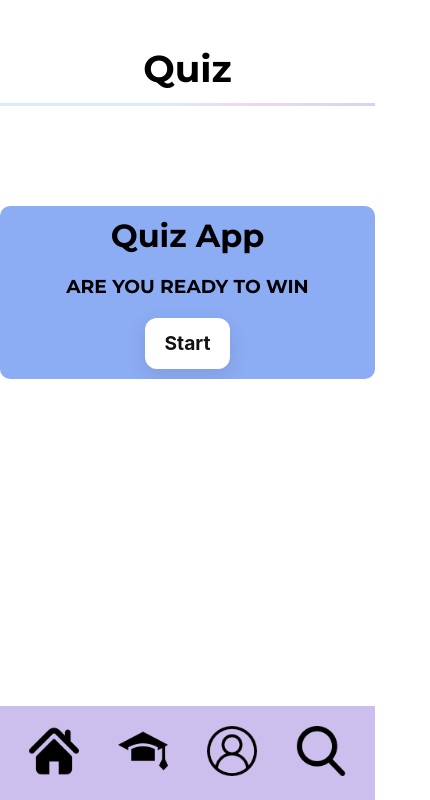
Repository: 1medi/pocketprof
Page: /QuizPage
The author's editor kept a copy of each file at every save. The page is drawn from the files as they stood at one save, then again after the next save.
The browser window is 375 px wide. The page is 375 px wide, then 430 px, so the pictures cover 430 px, including what lies to the right of the window. The pictures show the whole page.
The project was rebuilt for these pictures with package versions that can differ from the ones it lists, and the page was loaded fresh each time. The framework's server and built-in components were replaced by stand-ins that run in the browser. Also part of the build but not shown: next.config.mjs, Components/Buttons/Oscar/Oscar.module.css, Components/Buttons/Oscar/index.js.

Above is the page before, as saved 2024-04-27 19:49:23.

### pages/_app.js
import "@/styles/globals.css";

import { QueryClient, QueryClientProvider } from "react-query";

const queryClient = new QueryClient();

export default function App({ Component, pageProps }) {
  return (
  <QueryClientProvider client={queryClient}>
  <Component {...pageProps} />
  </QueryClientProvider>
  );
}

### pages/QuizPage.js
import Head from "next/head";
import styles from "@/styles/QuizPage.module.css";
import Link from "next/link";
import Header from "@/Components/Header";
import Button3 from "@/Components/Buttons/Button3"
import NavBar from "@/Components/Navbar";
import { Montserrat } from "next/font/google";

const montserrat = Montserrat({ subsets: ['latin'] })

export default function QuizPage() {
  return (
    <>
      <Head>
        <title>Quiz Page</title>
        <meta name="description" content="Quiz section" />
        <meta name="viewport" content="width=430" />
        <link rel="icon" href="/favicon.ico" />
      </Head>
      <div className={styles.mobileContainer}>
      <Header name="Quiz"/>
      <main className={`${styles.main} ${montserrat.className}`}>
        <div className={styles.container}>
          <h1 className={styles.title}>Quiz App</h1>
          <div></div>
          <div className={styles.descriptionContainer}>
            <h3>ARE YOU READY TO WIN</h3>
          </div>
          <Link href='/quiz/page' className={styles.buttonContainer}>
            <Button3 name={"Start"} />
          </Link>
        </div>
        <div></div>
      </main>
      <NavBar />
      </div>

    </>
  );
}

### styles/globals.css
:root {
background-color: white;
align-content: center;
--main-color-purple: #53239B;
--main-color-lightpurple: #CCBFED;
--secondary-color-blue: #9AB7F9;
--secondary-color-lightblue: #CCE3FB;

--font-header: 34pt ;
--font-section-header: 28pt;
--font-sub-header: 24pt;
--font-button: 16pt;
--font-body: 16pt;
--font-secondary: 14pt;
--font-tertiary:12pt;

--headings: "Montserrat", "sans-serif";
--body-text: "Noto Sans", sans-serif;

}


* {
    padding: 0;
    margin: 0;
  }

  ol,
  ul {
    list-style: none;
  }

### styles/QuizPage.module.css
@media only screen and (max-width:430px) {
  .main {
  overflow-x: hidden;
  justify-content: center;
  display: flex;
}

.container {
  max-width: 400px;
  max-height: 932px;
  width: 100%;
  background-color: #8CACF4;
  position: relative;
  display: flex;
  flex-direction: column;
  margin-top: 100px;
  border-radius: 10px;
  z-index: 1;
}

.title{
  text-align: center;
  padding:10px;
  font-family: "Montserrat", "sans-serif";
}

.descriptionContainer{
  text-align: center;
  padding:10px
}

.buttonContainer {
  text-align: center;
  padding: 10px;
}

.backgroundArt {
  z-index: 999;
  position: relative;
  bottom: 200px;
}
}

### Components/Header/index.js
import styles from "@/Components/Header/Header.module.css"
import Link from "next/link"

export default function Header({name}){
  return (
    <>
    <header className={styles.header}>

      <h1 className={styles.headerTitle}>{name}</h1>
    </header>
    </>
  )
}

### Components/Buttons/Button3/index.js
import styles from "./Button3.module.css"

export default function Button3({
  name
}){
  return (
    <>
    <button className={styles.button}>{name}</button>
    </>
  )
}

### Components/Navbar/index.js
import styles from "./Navbar.module.css"
import Oscar from "@/Components/Buttons/Oscar"
import Link from "next/link"
import Home from "@/public/img/home-icon-silhouette.png"
import Image from "next/image"
import Learn from "@/public/img/learn.png"
import Profile from "@/public/img/navuser.png"
import Search from "@/public/img/search.png"

export default function NavBar() {
  return (
    <nav className={styles.nav}>
      <div className={styles.navContainer}>
        <ul className={styles.navOptions}>
          <li className={styles.navLink}>
            <Link href={'/Home'} className={styles.navText}>
              <Image
              className={styles.image}
              src={Home}
              width={50}
              height={50}
              />
            </Link>
          </li>
          <li className={styles.navLink}>
            <Link href={'/Courses'} className={styles.navText}>
              <Image
              className={styles.image}
              src={Learn}
              width={50}
              height={50}
              />
            </Link>
          </li>
          <li className={styles.navLink}>
            <Link href={'/Profile'} className={styles.navText}>
              <Image
              className={styles.image}
              src={Profile}
              width={50}
              height={50}
              />
            </Link>
          </li>
          <li className={styles.navLink}>
            <Link href={'/QuizPage'} className={styles.navText}>
              <Image
              className={styles.image}
              src={Search}
              width={50}
              height={50}
              />

            </Link>
          </li>
        </ul>
      </div>
    </nav>
  )
}

### Components/Header/Header.module.css
.header{
  max-height: 400;
  height: 4rem;
  position: relative;
  padding: 1.3rem;
  backdrop-filter: blur(10px);
  justify-content: center;
  align-items: center;
  }

  .header::before {
    content: "";
    position: absolute;
    inset: 0;
    border-bottom: 3px solid transparent;
    background: linear-gradient(140deg,  #d9edf7 35%, rgba(237, 202, 216, 0) 50%, var(--main-color-lightpurple)), radial-gradient(circle, #ffcae1 0, #daeafc 100%) border-box;
    mask: linear-gradient(#fff 0 0) padding-box, linear-gradient(#fff 0 0);
    mask-composite: exclude;
  }


.headerTitle{
  text-align: center;
  margin:auto;
  display: flex;
  justify-content: center;
  color: black;
  padding-top: 25px;
  font-family: var(--headings);
  font-size: var(--font-section-header);
}

### Components/Buttons/Button3/Button3.module.css
.button {
  align-items: center;
  background-color: #fff;
  border-radius: 12px;
  box-shadow: transparent 0 0 0 3px,rgba(18, 18, 18, .1) 0 6px 20px;
  box-sizing: border-box;
  color: #121212;
  cursor: pointer;
  display: inline-flex;
  flex: 1 1 auto;
  font-family: Inter,sans-serif;
  font-size: 1.2rem;
  font-weight: 700;
  justify-content: center;
  line-height: 1;
  margin: 0;
  outline: none;
  padding: 1rem 1.2rem;
  text-align: center;
  text-decoration: none;
  transition: box-shadow .2s,-webkit-box-shadow .2s;
  white-space: nowrap;
  border: 0;
  user-select: none;
  -webkit-user-select: none;
  touch-action: manipulation;
}

.button:hover {
  box-shadow: #121212 0 0 0 3px, transparent 0 0 0 0;
}

### Components/Navbar/Navbar.module.css
@media only screen and (max-width:430px) {
  .nav {
  position: fixed;
  bottom: 0;
  left: 0;
  width: 100%;
  display: flex;
  flex-direction: row;
  background-color:var(--main-color-lightpurple);
  justify-content: space-around;
}

.navContainer{
  position: relative;
  justify-content: space-around;
  width: 100%;
}
.buttonContainer{
  padding:10px;

}

.navOptions{
  display: flex;
  flex-direction: row;
  text-align: center;
  justify-content: space-around;
  padding: 10px;
  text-decoration: none;
}

.navLink{
  padding: 10px;
  border-radius: 10px;
  text-decoration: none;
  list-style: none;
  position: relative;
  justify-content: center;
}

.image:hover{
  background-color: #8b82a4;
}

.navText{
  text-decoration: none;
  list-style: none;
  color:black;
}

.navText:visited{
  text-decoration: none;
  list-style: none;
  color: black;
}

.oscar{
  position:relative
}
}

Loaded but not shown: pages/_document.js (common file)

After the next save:
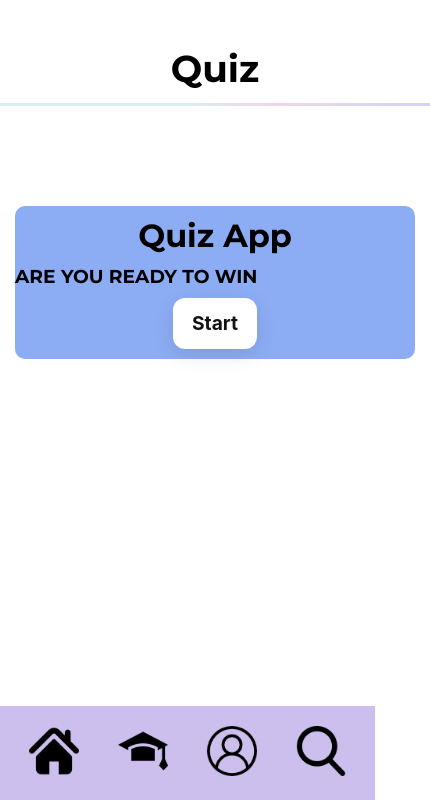
Saved 6 days later.
--- a/styles/QuizPage.module.css
+++ b/styles/QuizPage.module.css
@@ -1,8 +1,19 @@
-@media only screen and (max-width:430px) {
-  .main {
+.mobileContainer{
+  width: 430px;
+  margin: 0 auto;
+}
+
+.main {
   overflow-x: hidden;
   justify-content: center;
   display: flex;
+  background-color: var(--lightpurple-background);
+  align-items: center;
+  flex-direction: column;
+  justify-content: space-between;
+  align-items: center;
+  min-height: 60vh;
+  font-family: "Montserrat", "sans-serif";
 }
 
 .container {
@@ -24,9 +35,31 @@
   font-family: "Montserrat", "sans-serif";
 }
 
-.descriptionContainer{
-  text-align: center;
-  padding:10px
+.shape {
+  background: linear-gradient(45deg, var(--primary) 0%, var(--secondary) 100%);
+ animation: morph 8s ease-in-out infinite;
+ border-radius: 60% 40% 30% 70% / 60% 30% 70% 40%;
+ height: 400px;
+ transition: all 1s ease-in-out;
+ width: 400px;
+ z-index: 5;
+}
+
+@keyframes morph {
+ 0% {
+     border-radius:  60% 40% 30% 70% / 60% 30% 70% 40%;
+     background: linear-gradient(45deg, var(--primary) 0%, var(--secondary) 100%);
+ }
+
+ 50% {
+     border-radius:  30% 60% 70% 40% / 50% 60% 30% 60%;
+     background: linear-gradient(45deg, var(--third) 0%, var(--secondary) 100%);
+ }
+
+ 100% {
+   border-radius:  60% 40% 30% 70% / 60% 30% 70% 40%;
+   background: linear-gradient(45deg, var(--primary) 0%, var(--secondary) 100%);
+ }
 }
 
 .buttonContainer {
@@ -39,4 +72,3 @@
   position: relative;
   bottom: 200px;
 }
-}
